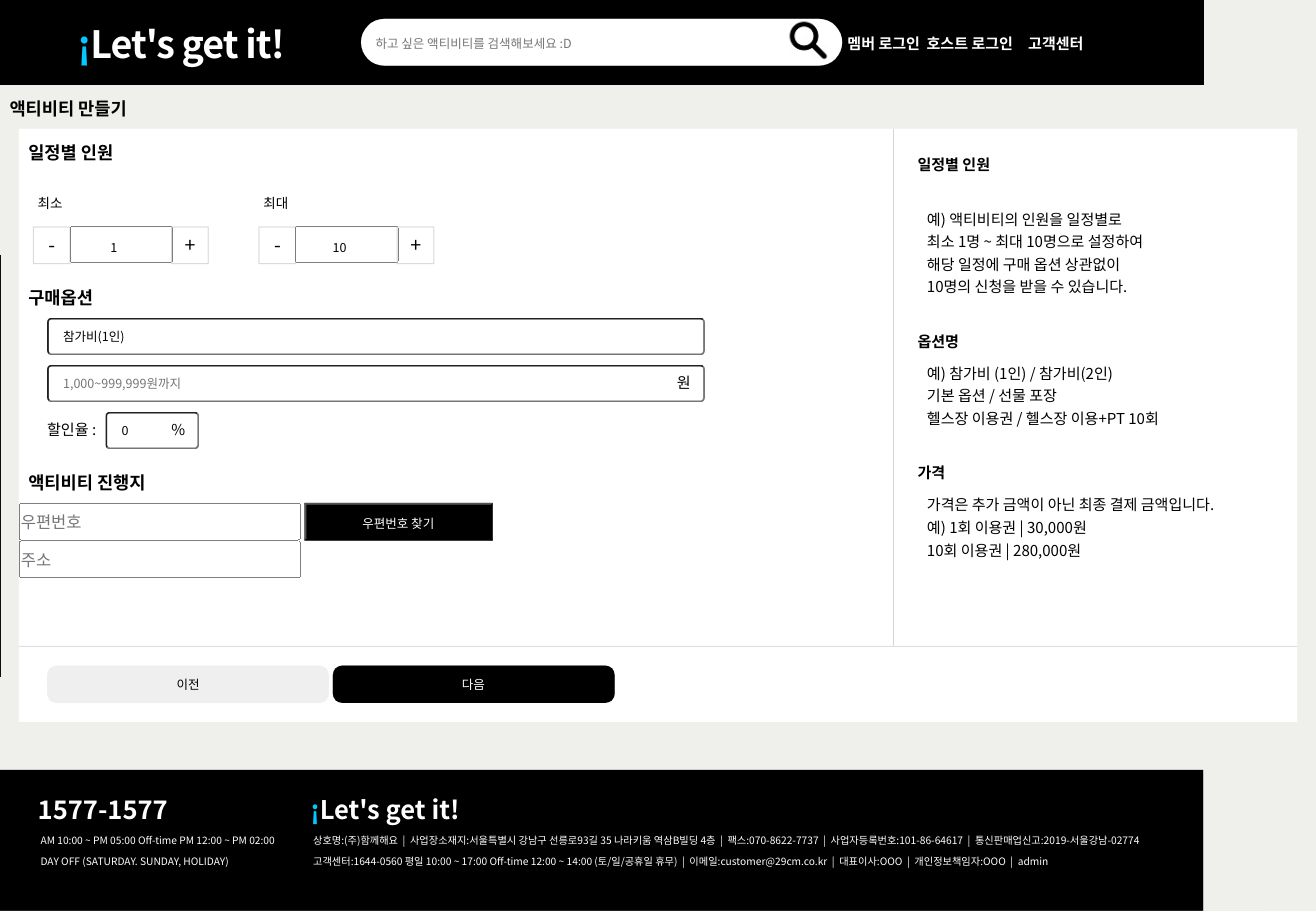
Repository: KiHyo-Tak/2stTeam
Page: http://localhost/2nd_Project_LetsGetIt/WEB-INF/views/activity/memberCntForm.jsp
These files come from the project's save history. The page is drawn as it stood at one moment and after the next save; the edit follows.
The browser window is 1280 px wide. The page is 1400 px wide, so the pictures cover 1400 px, including what lies to the right of the window. The pictures show the whole page, at 94% of full size.
Some web fonts or font styles are not loaded; a fallback is used. The page is served by Tomcat 9. Nobody is signed in. The template is opened directly, without the code that normally fills it, so the values that code supplies are empty.

Above is the page before, as saved 2020-04-29 06:09:07.

After the next save:
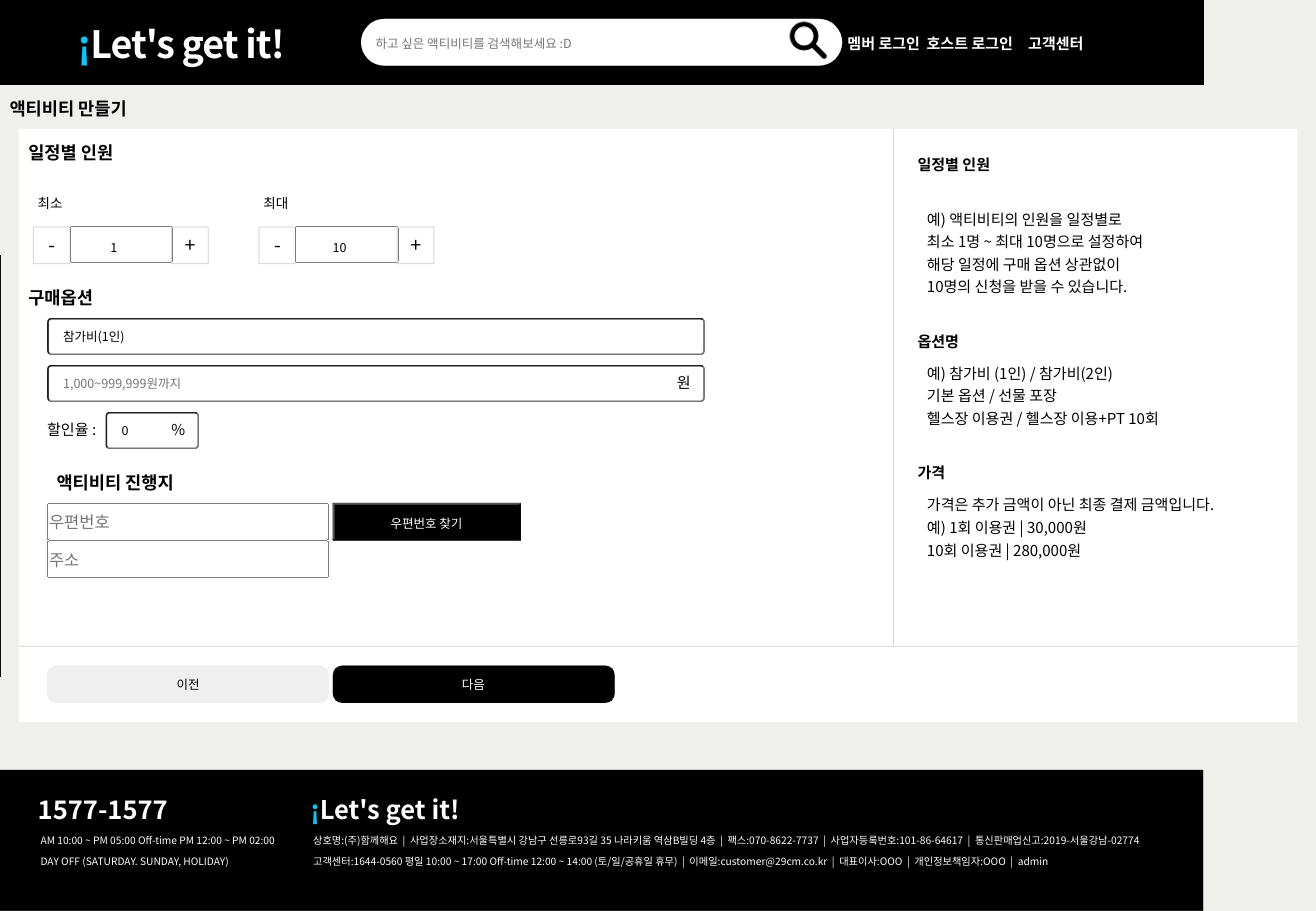
Saved 2 min 4 s later.
--- a/2nd_Project_LetsGetIt/src/main/webapp/css/memberCntForm.css
+++ b/2nd_Project_LetsGetIt/src/main/webapp/css/memberCntForm.css
@@ -68,6 +68,9 @@ body {
 	#memberCnt #left .clear #num {
 		margin-left:30px;
 	}
+	#memberCnt #left #address {
+		margin-left:30px;
+	}
 	#memberCnt #left #address input[type=text] {
 		width:300px;
 		height:40px;
